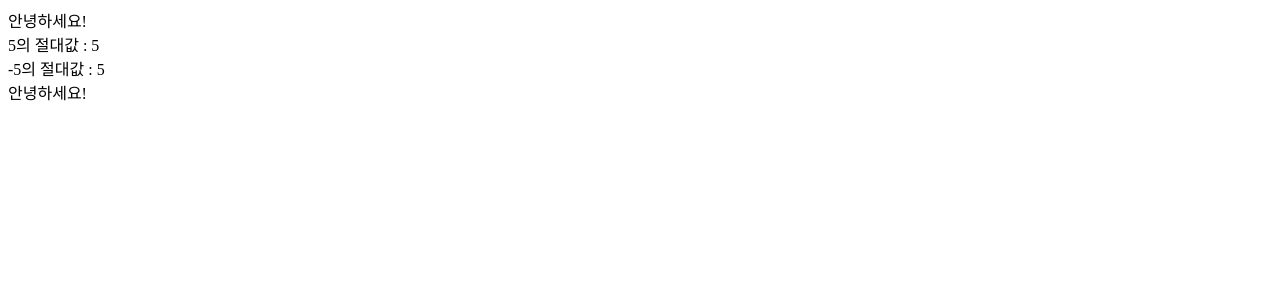
Repository: dkfagh/JSP_WS_2019_1
Page: http://localhost/Hello/scriptlet.jsp
An editor plug-in stored every save of this project. The page is shown before and after the next save, followed by the edit.
The browser window is 1280 px wide. The pictures show the whole page.
The page is served by Tomcat 9. Other server files are loaded and not shown.

Above is the page before, as saved 2019-11-12 02:13:15.

### Hello/WebContent/scriptlet.jsp
<%@ page language="java" contentType="text/html; charset=UTF-8"
    pageEncoding="UTF-8"%>
<%!
	String str = "안녕하세요!";
	int a = 5, b = -5;

	public int abs(int n) {
	if (n<0){
		n = -n;
	}
	return n;
	}
%>
<!DOCTYPE html>
<html>
<head>
<meta charset="UTF-8">
<title>Scriptlet</title>
</head>
<body>
<%
	out.print(str + "<br>");
	out.print(a + "의 절대값 : " + abs(a) + "<br>");
	out.print(b + "의 절대값 : " + abs(b) + "<br>");
%>

<%=str%>
</body>
</html>

After the next save:
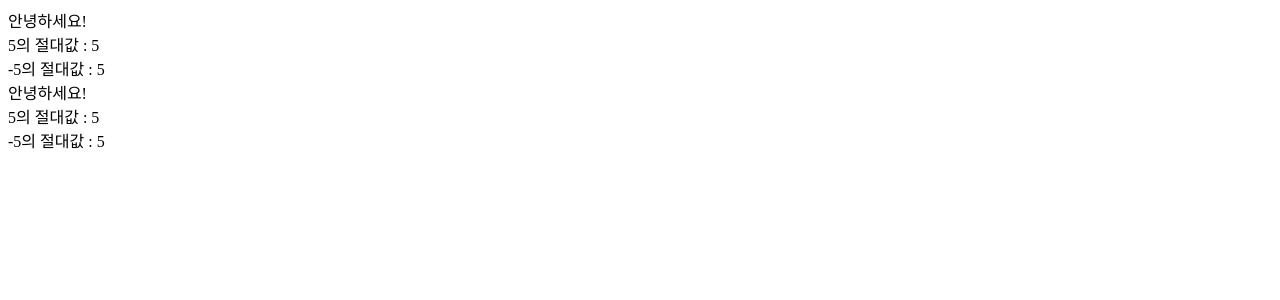
Saved 47 s later.
--- a/Hello/WebContent/scriptlet.jsp
+++ b/Hello/WebContent/scriptlet.jsp
@@ -24,6 +24,8 @@
 	out.print(b + "의 절대값 : " + abs(b) + "<br>");
 %>
 
-<%=str%>
+<%=str%><br>
+<%=a%>의 절대값 : <%=abs(a)%><br>
+<%=b%>의 절대값 : <%=abs(b)%><br>
 </body>
 </html>
